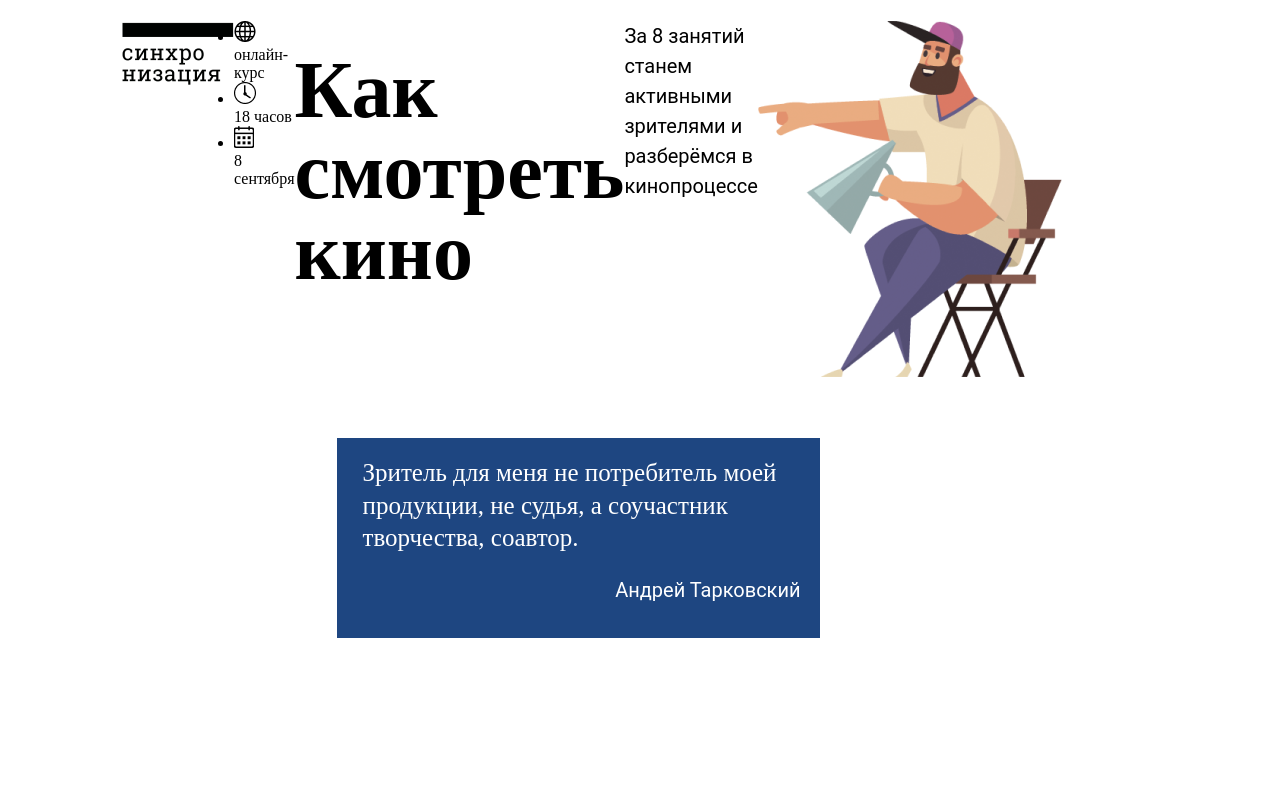
Repository: PoladEziz/Task-8
Page: index.html
An editor plug-in stored every save of this project. The page is shown before and after a run of saves, followed by the edit.
The browser window is 1280 px wide. The pictures show the whole page.

Above is the page before, as saved 2023-05-25 16:22:54.

### index.html
<!DOCTYPE html>
<html lang="en">

<head>
    <meta charset="UTF-8">
    <meta http-equiv="X-UA-Compatible" content="IE=edge">
    <meta name="viewport" content="width=device-width, initial-scale=1.0">
    <title>Document</title>
    <link rel="stylesheet" href="index.css">
</head>

<body>
    <div class="main">
        <div class="top">
            <img class="logo" src="logo_mobile_black 1.png" alt="Logo photo">
            <ul>
                <li><img src="globe.png" alt=""><p>онлайн-курс</p></li>
                <li><img src="img_135744.png" alt=""><p>18 часов </p></li>
                <li><img src="calendar_2.png" alt=""><p>8 сентября</p></li>
            </ul>
            <h1>Как смотреть кино</h1>
            <p class="text">За 8 занятий станем активными зрителями
                и разберёмся в кинопроцессе</p>

            <img src="noroot 1.png" alt="Photo">

        </div>

        <div class="bot">
            <div class="box">
                <p>Зритель для меня
                    не потребитель моей продукции, не судья, а соучастник творчества, соавтор. </p>
                <h1>Андрей Тарковский</h1>
            </div>
        </div>
    </div>
</body>

</html>

### index.css
* {
  padding: 0;
  margin: 0;
  box-sizing: border-box;
}

.main {
  width: 100%;
  min-height: 100vh;
  padding: 21px 246px 173px 122px;
  display: flex;
  flex-direction: column;
}

.top {
  width: 100%;
  display: flex;
  justify-content: space-between;
}

.bot {
  width: 100%;
  display: flex;
  justify-content: center;
  margin-top: 61px;
}

.box {
  width: 483px;
  height: 200px;
  background-color: #1e4681;
  padding: 19px 19px 26px 26px;
}

.box p {
  font-family: "Roboto Slab";
  font-style: normal;
  font-weight: 400;
  font-size: 25px;
  line-height: 130%;
  color: white;
}

.box h1 {
  font-family: "Roboto";
  font-style: normal;
  font-weight: 400;
  font-size: 20px;
  line-height: 130%;
  text-align: right;
  margin-top: 22px;
  color: white;
}

.box1 ul li {
  list-style-type: none;
  font-family: "Roboto";
  font-style: normal;
  font-weight: 400;
  font-size: 20px;
  line-height: 115%;
  display: flex;
  margin-right: 39px;
}

.logo {
  margin-bottom: 97px;
  width: 112px;
  height: 66px;
}

.box1 ul {
  display: flex;
  align-items: center;
}

.box1 ul li p {
  margin-left: 8px;
}

.top h1 {
  font-family: "Roboto Slab";
  font-style: normal;
  font-weight: 700;
  font-size: 80px;
  line-height: 101.38%;
  width: 567px;
  margin-top: 29px;
  margin-bottom: 26px;
}

.text {
  font-family: "Roboto";
  font-style: normal;
  font-weight: 400;
  font-size: 20px;
  line-height: 150%;
  width: 414px;
}

After the next 3 saves:
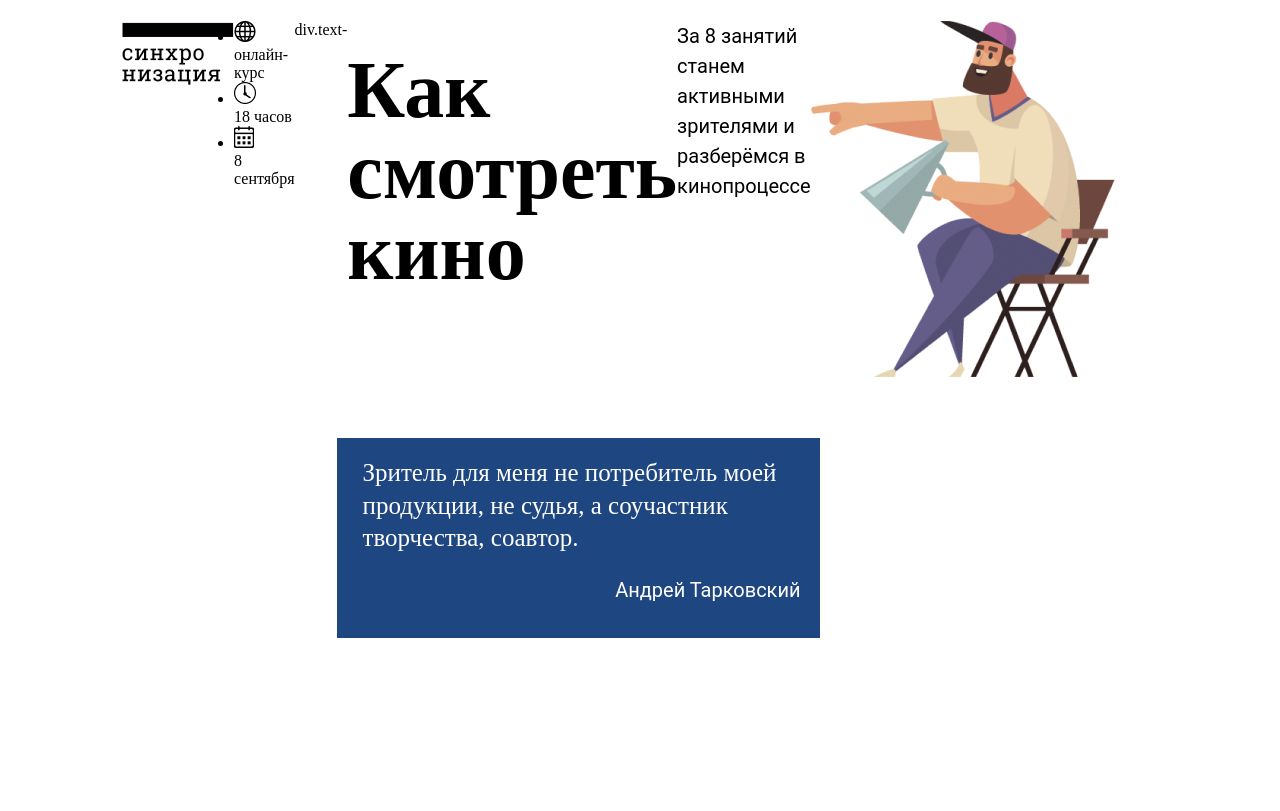
The 3 saves are shown as one change because they came seconds apart.
The last was saved 22 s later.
--- a/index.html
+++ b/index.html
@@ -18,6 +18,9 @@
                 <li><img src="img_135744.png" alt=""><p>18 часов </p></li>
                 <li><img src="calendar_2.png" alt=""><p>8 сентября</p></li>
             </ul>
+            <div class="collaj">
+                div.text-
+            </div>
             <h1>Как смотреть кино</h1>
             <p class="text">За 8 занятий станем активными зрителями
                 и разберёмся в кинопроцессе</p>

After the save that followed:
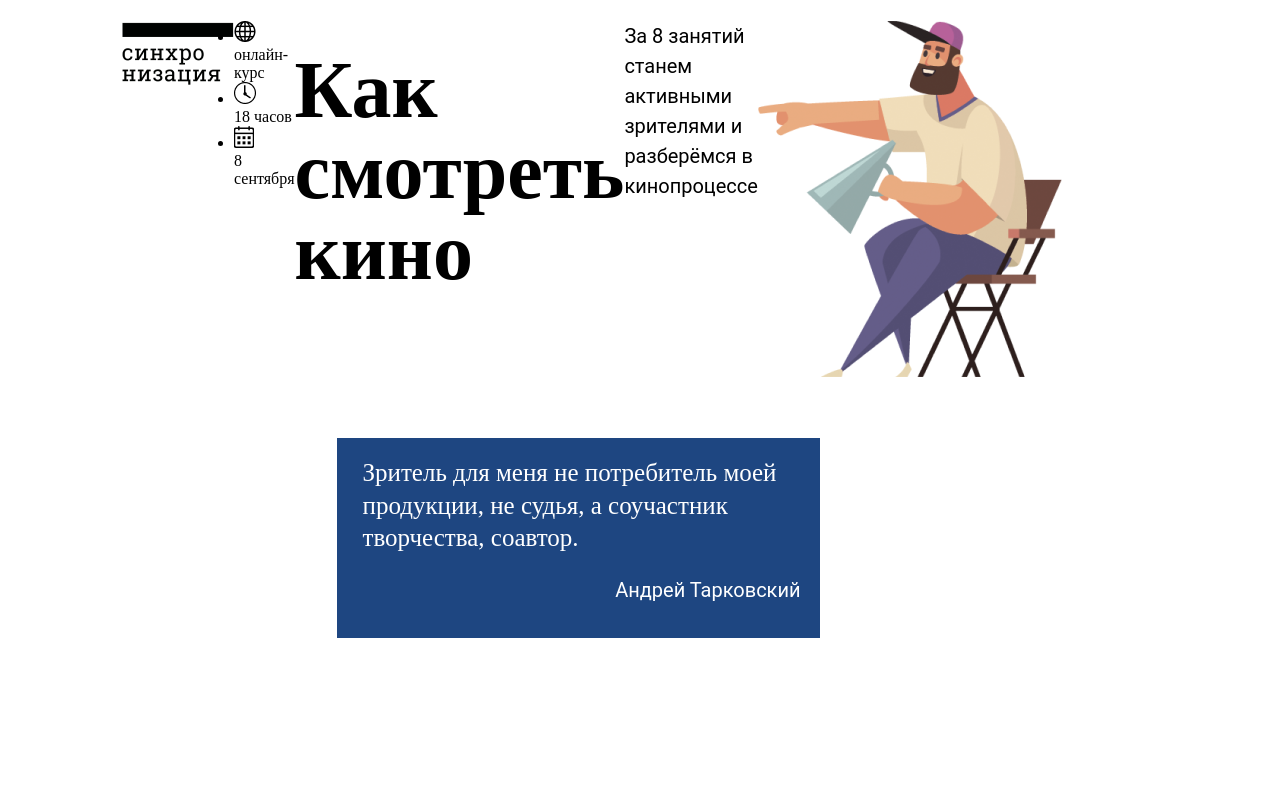
Saved 6 s later.
--- a/index.html
+++ b/index.html
@@ -19,7 +19,9 @@
                 <li><img src="calendar_2.png" alt=""><p>8 сентября</p></li>
             </ul>
             <div class="collaj">
-                div.text-
+                <div class="text-container">
+
+                </div>
             </div>
             <h1>Как смотреть кино</h1>
             <p class="text">За 8 занятий станем активными зрителями
